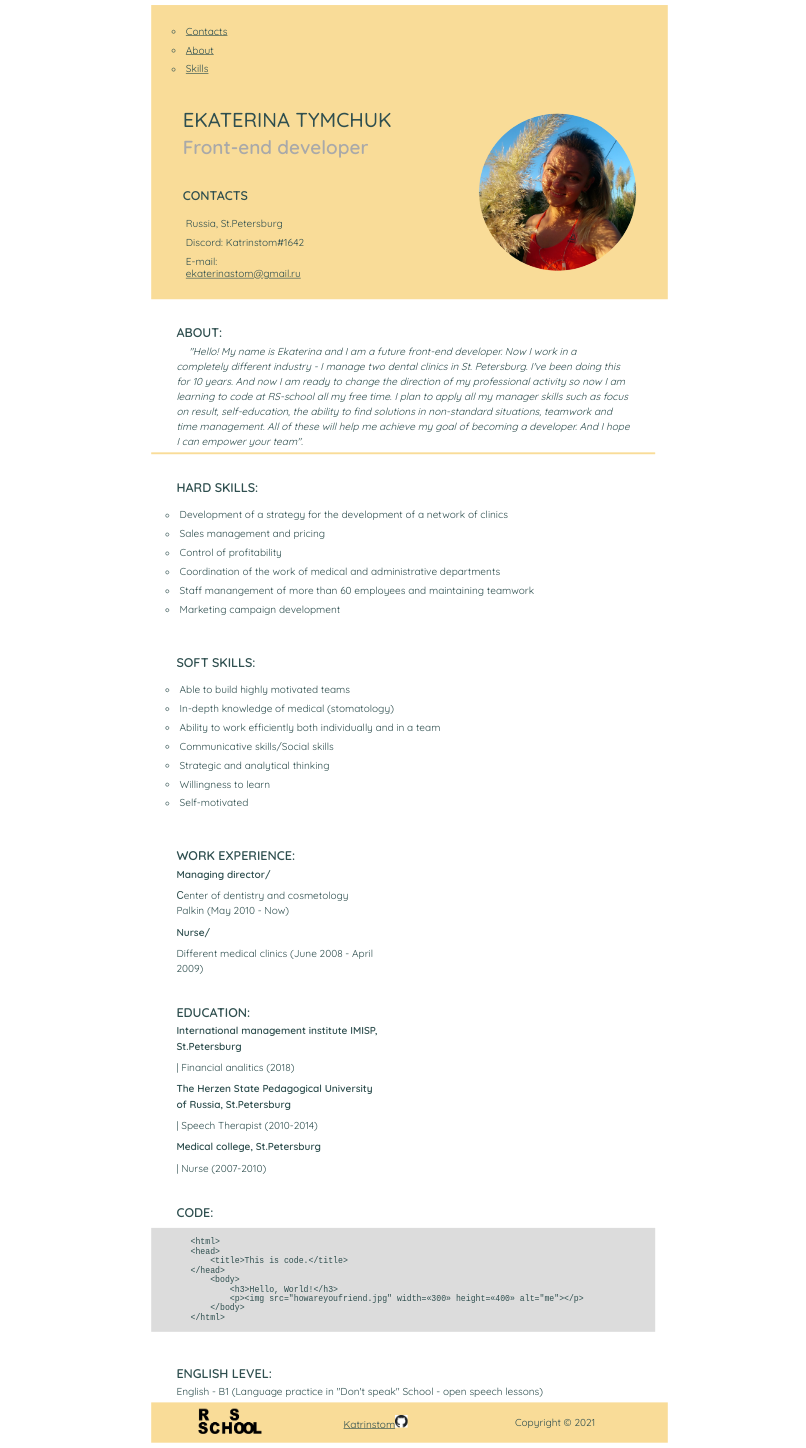
Repository: Katrinstom/rsschool-cv
Page: index.html
An editor plug-in stored every save of this project. The page is shown before and after the next save, followed by the edit.
The browser window is 1280 px wide. The pictures show the whole page, at 63% of full size.

Above is the page before, as saved 2022-01-02 18:49:25.

After the next save:
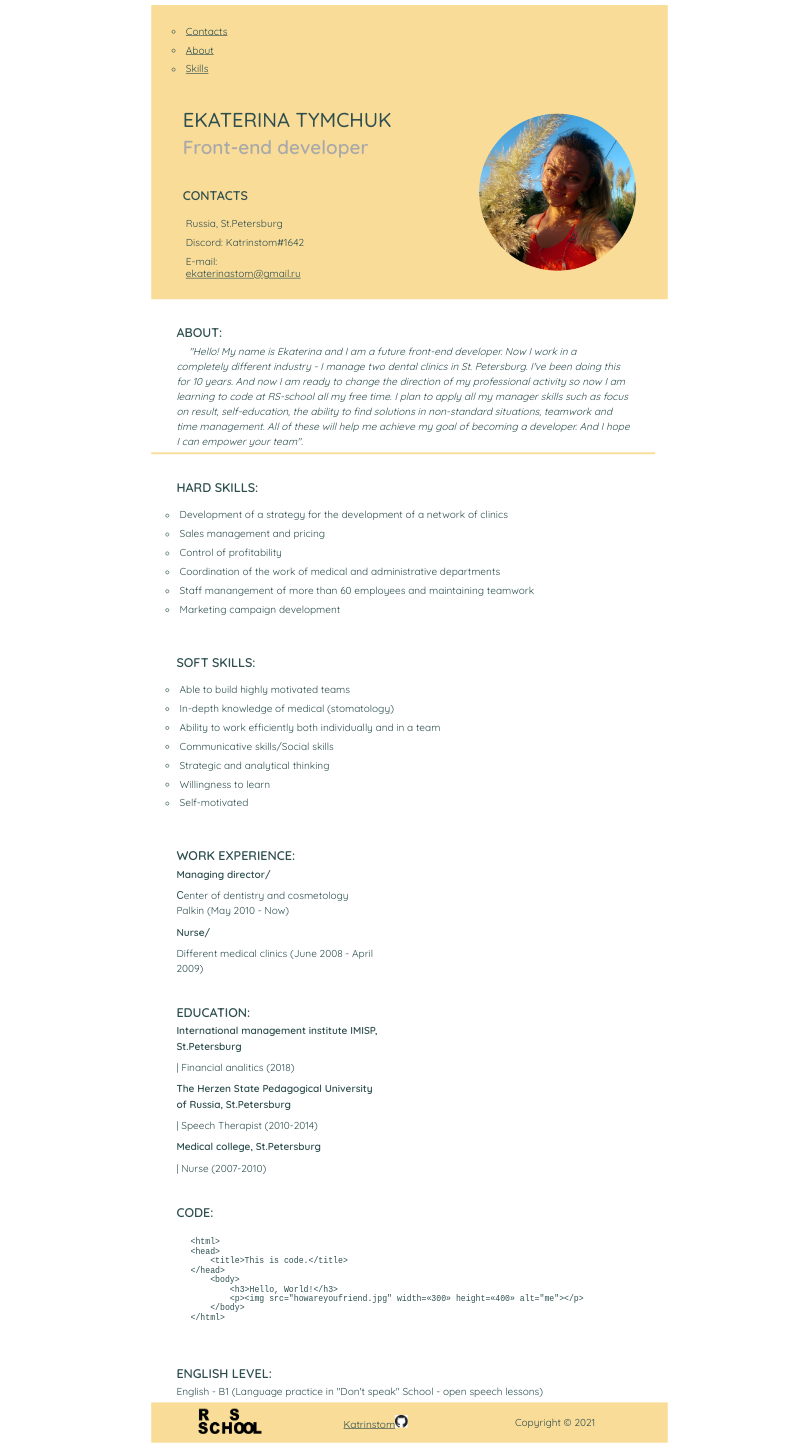
Saved 86 s later.
--- a/style.css
+++ b/style.css
@@ -119,7 +119,7 @@ p, b {
     padding: 5px 40px 5px;
     line-height: 1.5;
 }
-.block2 code {
+.english code {
     text-align: left;
     background-color: gainsboro;
     display: block;

After the 2 saves that followed:
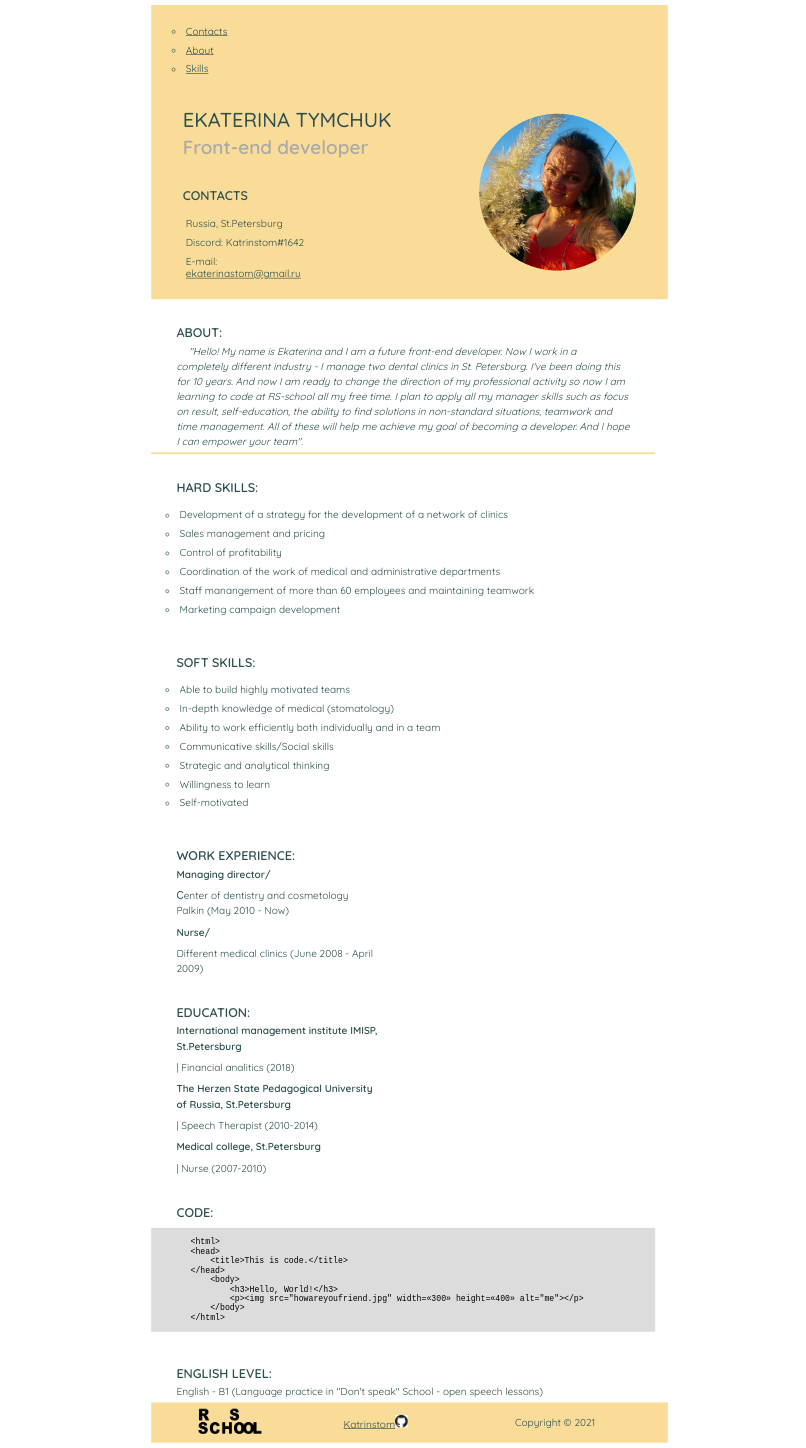
The 2 saves are shown as one change because 1 left the picture as it was.
The last was saved 30 s later.
--- a/index.html
+++ b/index.html
@@ -81,7 +81,7 @@
             </div>
         </section>
         <section>
-            <div class="block2">
+            <div class="english">
                 <h4>Code:</h4>
                 <pre><code>
         &LT;html&GT;
@@ -95,7 +95,7 @@
         &LT;/html&GT;
                 </code></pre>
             </div>
-            <div class="block2">
+            <div class="english">
             <h4>English level:</h4>
             <p>English - B1 (Language practice in "Don't speak" School - open speech lessons)</p>
             </div>
